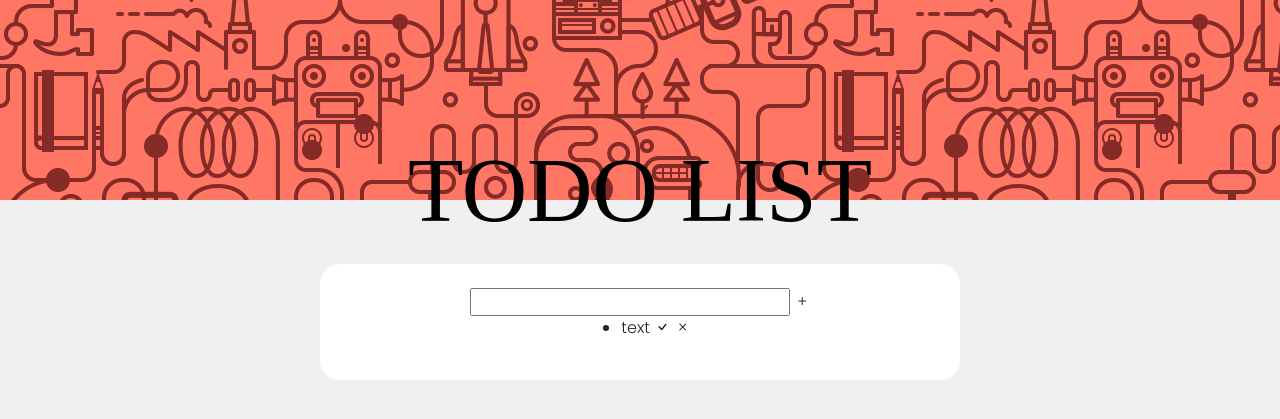
Repository: zum281/todo-list
Page: index.html
An editor plug-in stored every save of this project. The page is shown before and after the next save, followed by the edit.
The browser window is 1280 px wide. The pictures show the whole page.
Some web fonts or font styles are not loaded; a fallback is used. Some web libraries are served in a nearby version. The style sheet was rebuilt from its Sass, Less or Tailwind sources for each picture, by a compiler version that may differ from the author's.

Above is the page before, as saved 2021-03-05 16:02:48.

### index.html
<!DOCTYPE html>
<html lang="en">

    <head>
        <meta charset="UTF-8">
        <meta http-equiv="X-UA-Compatible" content="IE=edge">
        <meta name="viewport" content="width=device-width, initial-scale=1.0">

        <!-- Bootstrap CSS -->
        <link href="https://cdn.jsdelivr.net/npm/bootstrap@5.0.0-beta2/dist/css/bootstrap.min.css" rel="stylesheet"
            integrity="sha384-BmbxuPwQa2lc/FVzBcNJ7UAyJxM6wuqIj61tLrc4wSX0szH/Ev+nYRRuWlolflfl" crossorigin="anonymous">
        <!-- Option 1: Bootstrap Bundle with Popper -->
        <script src="https://cdn.jsdelivr.net/npm/bootstrap@5.0.0-beta2/dist/js/bootstrap.bundle.min.js"
            integrity="sha384-b5kHyXgcpbZJO/tY9Ul7kGkf1S0CWuKcCD38l8YkeH8z8QjE0GmW1gYU5S9FOnJ0" crossorigin="anonymous">
        </script>
        <link rel="stylesheet" href="https://cdn.jsdelivr.net/npm/bootstrap-icons@1.4.0/font/bootstrap-icons.css">
        <!--Jquery-->
        <script src="https://code.jquery.com/jquery-3.6.0.min.js"
            integrity="sha256-/xUj+3OJU5yExlq6GSYGSHk7tPXikynS7ogEvDej/m4=" crossorigin="anonymous"></script>

        <link rel="stylesheet" href="css/main.css">
        <title>Todo List</title>
    </head>

    <body>
        <div class="container-fluid head">

            <h1 class="title">TODO LIST</h1>
        </div>
        <div class="container main">
            <div class="add-todo-box">
                <input type="text" name="add-todo" id="add-todo">
                <span><i class="bi bi-plus"></i></span>
            </div>
            <div class="todo-list-container">
                <ul class="todo-list">
                    <li class="todo-item"><span>text</span> <span><i class="bi bi-check"></i></span> <span><i
                                class="bi bi-x"></i></span></li>
                </ul>
            </div>
        </div>
        <script src="js/main.js"></script>
    </body>

</html>

### sass/main.scss
@import url("https://fonts.googleapis.com/css2?family=Poppins:wght@300;400;500;600;700&display=swap");
@import url("https://fonts.googleapis.com/css2?family=Chelsea+Market&display=swap");

* {
    margin: 0;
    padding: 0;
    box-sizing: border-box;
}

body {
    font-weight: 300;
    font-family: "Poppins";
    background-color: #f0f0f0;
}
.head {
    min-height: 200px;
    background: url("/assets/science.png");
    background-repeat: repeat;
    display: flex;
    align-items: flex-end;
    justify-content: center;
}

.title {
    font-family: "Chelsea Market";
    text-align: center;
    font-size: 68pt;
    color: #000;
    transform: translateY(50%);
}

.main {
    display: flex;
    flex-direction: column;
    align-items: center;
    justify-content: center;
    margin-top: 4rem;
    padding: 1.5rem;
    max-width: 50%;
    border-radius: 20px;
    background-color: #fff;
}

Loaded but not shown: js/main.js (common file)

After the next save:
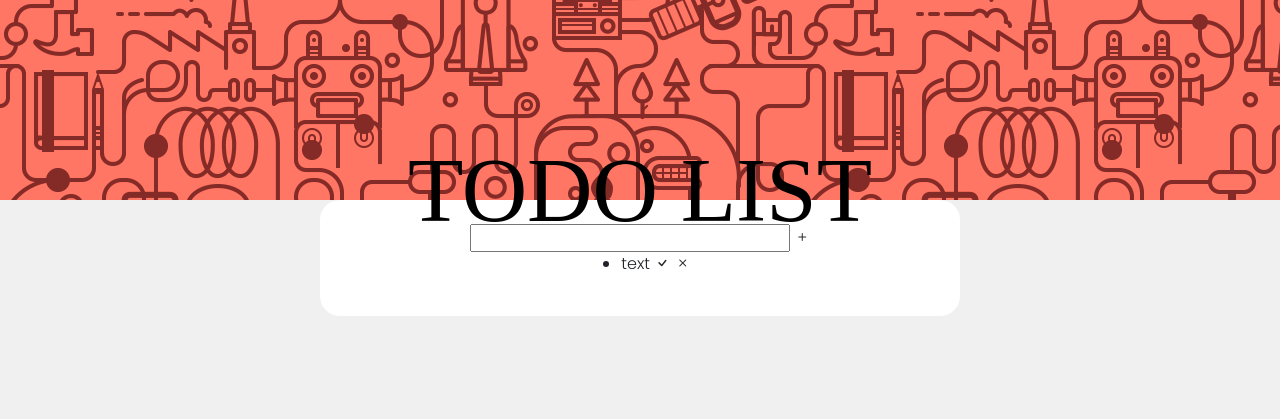
Saved 11 s later.
--- a/sass/main.scss
+++ b/sass/main.scss
@@ -34,7 +34,7 @@
     flex-direction: column;
     align-items: center;
     justify-content: center;
-    margin-top: 4rem;
+    margin-top: 0rem;
     padding: 1.5rem;
     max-width: 50%;
     border-radius: 20px;

After the save that followed:
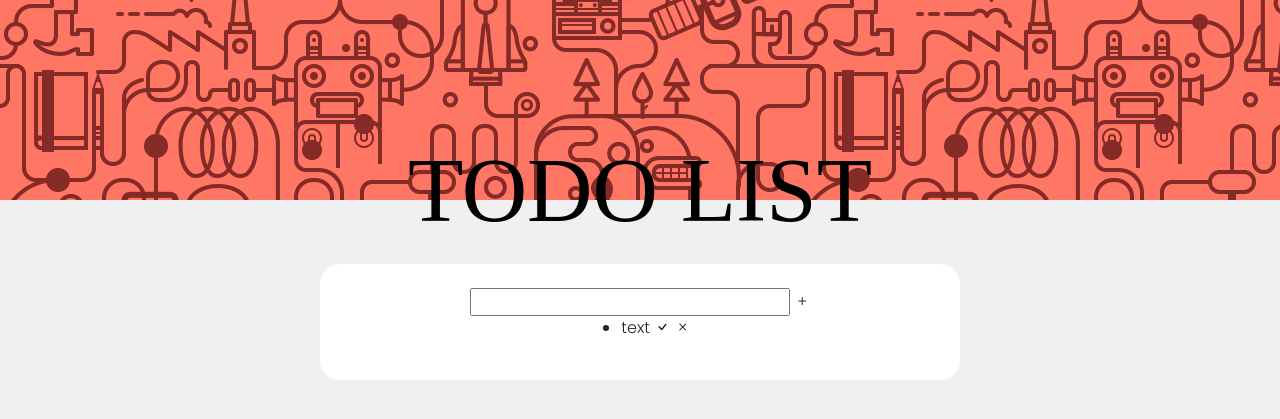
Saved 4 s later.
--- a/sass/main.scss
+++ b/sass/main.scss
@@ -34,7 +34,7 @@
     flex-direction: column;
     align-items: center;
     justify-content: center;
-    margin-top: 0rem;
+    margin-top: 4rem;
     padding: 1.5rem;
     max-width: 50%;
     border-radius: 20px;
